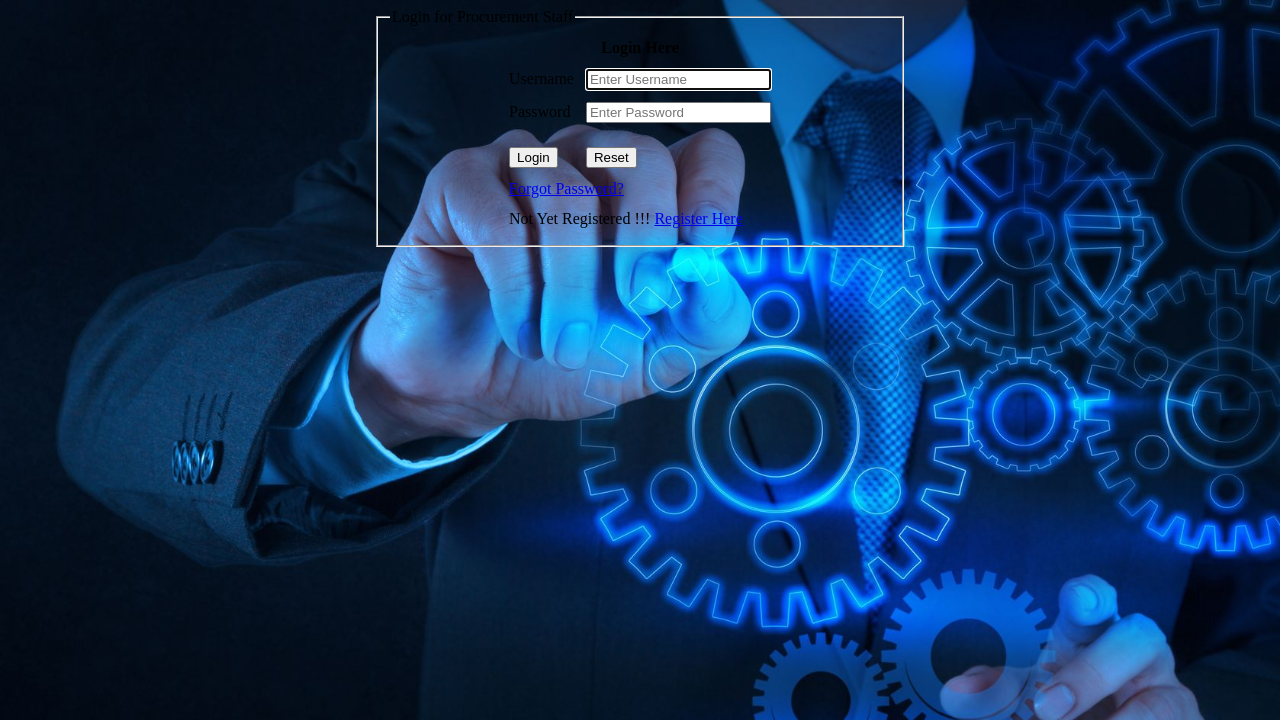
Repository: nirmaniPathiranage/CSSE-Procurement-Management
Page: http://localhost/Item_Management/Login.jsp
These files come from the project's save history. The page is drawn as it stood at one moment and after the next save; the edit follows.
The browser window is 1280 px wide. The pictures show the whole page.
The page is served by Tomcat 9. Other server files are loaded and not shown.

Above is the page before, as saved 2019-09-30 07:58:34.

### Item_Management/WebContent/Login.jsp
<%@ page language="java" contentType="text/html; charset=ISO-8859-1"
	pageEncoding="ISO-8859-1"%>
<!DOCTYPE html PUBLIC "-//W3C//DTD HTML 4.01 Transitional//EN" "http://www.w3.org/TR/html4/loose.dtd">
<html>
<head>
<meta http-equiv="Content-Type" content="text/html; charset=ISO-8859-1">
<title>Login Application</title>
<style>
body{

	background:url('login.jpg');
	background-size: cover;
}
</style>
<script>
	function validate() {
		var username = document.form.username.value;
		var password = document.form.password.value;

		if (username == null || username == "") {
			alert("Username cannot be blank");
			return false;
		} else if (password == null || password == "") {
			alert("Password cannot be blank");
			return false;
		}
	}
</script>
</head>
<body>
<form name="form" action="LoginServlet" method="post"
		onSubmit="return validate();">
		<center>
		<font><style>
<!--

-->
</style></font>
			<fieldset style="width: 500px">
				<legend> Login for Procurement Staff</legend>
				<table border="0" width="50%" cellpadding="5">
					<tr>
						<th colspan="2">Login Here</th>
					</tr>
					<tbody>
						<tr>
							<td>Username</td>
							<td><input type="text" name="username" value="" autofocus
								placeholder="Enter Username" autocomplete="off" required /></td>
						</tr>
						<tr>
							<td>Password</td>
							<td><input type="password" name="password" value=""
								placeholder="Enter Password" autocomplete="off" required /></td>
						</tr>
						<tr>
							<td><span style="color: red"><%=(request.getAttribute("errMessage") == null) ? "" : request.getAttribute("errMessage")%></span></td>
						</tr>
						<tr>
							<td><input type="submit" value="Login"></input></td>
							<td><input type="reset" value="Reset"></input></td>
						</tr>
						<tr>
							<center><td colspan="4"><a href="###">Forgot Password?</a></td></center>
						</tr>
						<tr>
							<td colspan="4">Not Yet Registered !!! <a
								href="Register.jsp">Register Here</a></td>
						</tr>
					</tbody>
				</table>
			</fieldset>
		</center>
	</form>
</body>
</html>

After the next save:
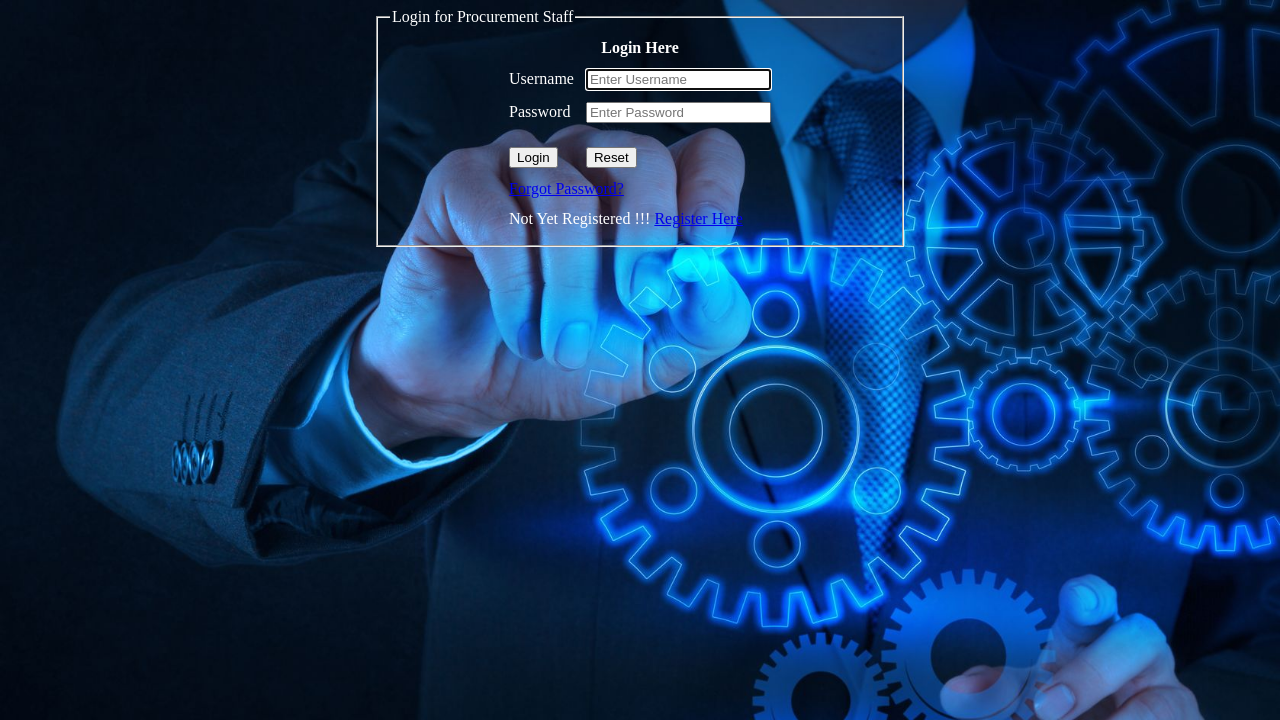
Saved 30 s later.
--- a/Item_Management/WebContent/Login.jsp
+++ b/Item_Management/WebContent/Login.jsp
@@ -10,6 +10,7 @@ body{
 
 	background:url('login.jpg');
 	background-size: cover;
+	color:white
 }
 </style>
 <script>
@@ -31,11 +32,6 @@ body{
 <form name="form" action="LoginServlet" method="post"
 		onSubmit="return validate();">
 		<center>
-		<font><style>
-<!--
-
--->
-</style></font>
 			<fieldset style="width: 500px">
 				<legend> Login for Procurement Staff</legend>
 				<table border="0" width="50%" cellpadding="5">
